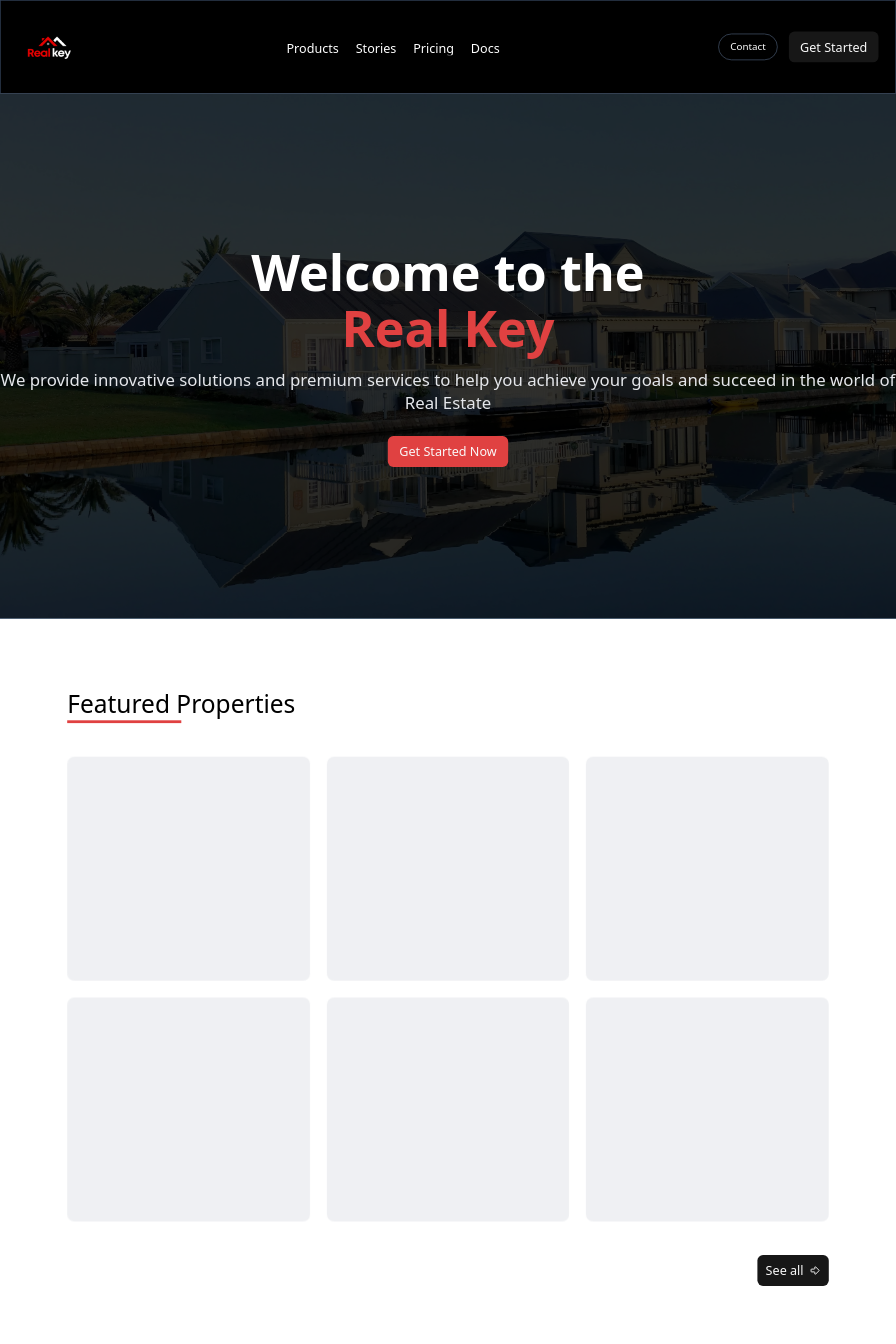
Repository: lamatmed/Real-Key
Page: /
These files come from the project's save history. The page is drawn as it stood at one moment and after the next save; the edit follows.
The browser window is 1280 px wide. The pictures show the part of the page from y = 0 to 1920 px (the page is 4931 px tall), at 70% of full size.
The page's requests for data from a server got no answer. The project was rebuilt for these pictures with package versions that can differ from the ones it lists, and the page was loaded fresh each time. Some packages were replaced by stand-ins written for this rebuild. The framework's server and built-in components were replaced by stand-ins that run in the browser. No one was signed in, and anything a server would have sent is missing. Also part of the build but not shown: next.config.ts, app/_components/PropertyCard.tsx.

Above is the page before, as saved 2025-09-28 14:35:41.

### app/layout.tsx
import type { Metadata } from "next";
import { Geist, Geist_Mono } from "next/font/google";
import './globals.css'
import { ClerkProvider } from "@clerk/nextjs";
import { ConvexClientProvider } from "./ConvexClientProvider";
import Navbar from "./_components/Navbar";
import ConnectUserToConvext from "./ConnectUserToConvext";
import Footer from "./_components/Footer";

const geistSans = Geist({
  variable: "--font-geist-sans",
  subsets: ["latin"],
});

const geistMono = Geist_Mono({
  variable: "--font-geist-mono",
  subsets: ["latin"],
});

export const metadata: Metadata = {
  title: "Real Key",
  description: "Full Real Estate website",
};

export default function RootLayout({
  children,
}: Readonly<{
  children: React.ReactNode;
}>) {
  return (
    <ConvexClientProvider>
     <ClerkProvider>
    <html lang="en">
      <body
        className={`${geistSans.variable} ${geistMono.variable} antialiased`}
      >

        <Navbar/>
       <ConnectUserToConvext/>
        {children}
        <Footer/>

      </body>
    </html>
    </ClerkProvider>
    </ConvexClientProvider>
  );
}

### app/page.tsx

import Hero from "./_components/Hero";
import FeaturedProperties from "./_components/FeaturedProperties";
import WhatWeDo from "./_components/WhatWeDo";
import ConnectingPeople from "./_components/ConnectingPeople";
import WhatClientWant from "./_components/WhatClientWant";

export default function Home() {
  return (
    <div className="">

      <Hero/>
      <FeaturedProperties/>
      <WhatWeDo/>
      <ConnectingPeople/>
      <WhatClientWant/>

    </div>
  )
}

### app/ConvexClientProvider.tsx
"use client";

import { ConvexProvider, ConvexReactClient } from "convex/react";
import { ReactNode } from "react";

// جلب العنوان من الـ environment variable
const address = process.env.NEXT_PUBLIC_CONVEX_URL;

// حماية إضافية لو المتغير مش موجود
if (!address) {
  throw new Error(
    "❌ NEXT_PUBLIC_CONVEX_URL is not defined. تأكد من إضافة المتغير داخل Vercel Environment Variables."
  );
}

// إنشاء عميل Convex
const convex = new ConvexReactClient(address);

export function ConvexClientProvider({ children }: { children: ReactNode }) {
  return <ConvexProvider client={convex}>{children}</ConvexProvider>;
}

### app/_components/Navbar.tsx
"use client"
import { Button } from '@/components/ui/button'
import { SignInButton, UserButton, useUser } from '@clerk/nextjs'
import Image from 'next/image'
import React from 'react'

function Navbar() {

    const {user} = useUser()



  return (
    <nav className="flex bg-black justify-between  items-center border mx-4 max-md:w-full max-md:justify-between border-slate-700 px-6 py-4 w-full !m-0 text-white text-lg">
    <a href="https://prebuiltui.com">
         <Image alt='logo' width={50} height={50} className="w-[100px] h-[100px] object-cover" src ="/logo.png"/>
    </a>
    <div className="hidden md:flex items-center  gap-6 ml-7">
        <a href="#" className="relative overflow-hidden h-6 group">
            <span className="block group-hover:-translate-y-full transition-transform duration-300">Products</span>
            <span
                className="block absolute top-full left-0 group-hover:translate-y-[-100%] transition-transform duration-300">Products</span>
        </a>
        <a href="#" className="relative overflow-hidden h-6 group">
            <span className="block group-hover:-translate-y-full transition-transform duration-300">Stories</span>
            <span
                className="block absolute top-full left-0 group-hover:translate-y-[-100%] transition-transform duration-300">Stories</span>
        </a>
        <a href="#" className="relative overflow-hidden h-6 group">
            <span className="block group-hover:-translate-y-full transition-transform duration-300">Pricing</span>
            <span
                className="block absolute top-full left-0 group-hover:translate-y-[-100%] transition-transform duration-300">Pricing</span>
        </a>
        <a href="#" className="relative overflow-hidden h-6 group">
            <span className="block group-hover:-translate-y-full transition-transform duration-300">Docs</span>
            <span
                className="block absolute top-full left-0 group-hover:translate-y-[-100%] transition-transform duration-300">Docs</span>
        </a>
    </div>

    <div className="hidden ml-14 md:flex items-center gap-4">
        <button
            className="border border-slate-600 hover:bg-slate-800 px-4 py-2 rounded-full text-sm font-medium transition">
            Contact
        </button>

        {!user ? (

            <SignInButton>
                <Button>Get Started</Button>
            </SignInButton>

        ):(
            <UserButton/>
        )}

    </div>
    <button id="menuToggle" className="md:hidden text-gray-600">
        <svg
  className="w-6 h-6"
  fill="none"
  stroke="currentColor"
  strokeWidth={2}
  viewBox="0 0 24 24"
  strokeLinecap="round"
  strokeLinejoin="round"
>
  <path d="M4 6h16M4 12h16M4 18h16" />
</svg>

    </button>
    <div id="mobileMenu" className="absolute hidden top-48 text-base left-0 bg-black w-full flex-col items-center gap-4">
        <a className="hover:text-indigo-600" href="#">
            Products
        </a>
        <a className="hover:text-indigo-600" href="#">
            Customer Stories
        </a>
        <a className="hover:text-indigo-600" href="#">
            Pricing
        </a>
        <a className="hover:text-indigo-600" href="#">
            Docs
        </a>
        <button
            className="border border-slate-600 hover:bg-slate-800 px-4 py-2 rounded-full text-sm font-medium transition">
            Contact
        </button>
        <button
            className="bg-white hover:shadow-[0px_0px_30px_14px] shadow-[0px_0px_30px_7px] hover:shadow-white/50 shadow-white/50 text-black px-4 py-2 rounded-full text-sm font-medium hover:bg-slate-100 transition duration-300">
            Get Started
        </button>
    </div>
</nav>

  )
}

export default Navbar

### app/ConnectUserToConvext.tsx
"use client"
import { api } from '@/convex/_generated/api'
import { useUser } from '@clerk/nextjs'
import { useMutation } from 'convex/react'
import React, { useEffect } from 'react'

function ConnectUserToConvext() {

    const {user} = useUser()

    const updateUser = useMutation(api.users.updateUser)
    useEffect(()=>{
        if(!user){
            return
        }
        const syncUser= async()=>{
            try {
               await updateUser({
                userId:user.id,
                name:`${user?.firstName ?? "" } ${user?.lastName ?? ""}`,
               email: user.emailAddresses[0]?.emailAddress ?? "",
               })
            } catch (error) {
                 console.error("Error syncing user:", error);
            }
        }
        syncUser()
    },[user,updateUser])

    return null


}

export default ConnectUserToConvext

### app/_components/Footer.tsx
import Image from "next/image";

 function Footer() {
    return (
        <footer className="px-6 md:px-16 lg:px-24 xl:px-32 pt-8 w-full text-gray-500 ">
            <div className="flex flex-col md:flex-row justify-between w-full gap-10 border-b border-gray-500/30 pb-6">
                <div className="md:max-w-96">
            <Image alt="image" src="/logoFooter.png" width={150} height={150}/>
                    <p className="mt-6 text-sm">
                        Lorem Ipsum is simply dummy text of the printing and typesetting industry.
                        Lorem Ipsum has been the industry's standard dummy text ever since the 1500s,
                        when an unknown printer took a galley of type and scrambled it to make a type specimen book.
                    </p>
                </div>
                <div className="flex-1 flex items-start md:justify-end gap-20">
                    <div>
                        <h1 className="font-semibold mb-5 text-gray-800">Company</h1>
                        <ul className="text-sm space-y-2">
                            <li><a href="#">Home</a></li>
                            <li><a href="#">About us</a></li>
                            <li><a href="#">Contact us</a></li>
                            <li><a href="#">Privacy policy</a></li>
                        </ul>
                    </div>
                    <div>
                        <h1 className="font-semibold mb-5 text-gray-800">Get in touch</h1>
                        <div className="text-sm space-y-2">
                            <p>+1-212-456-7890</p>
                            <p>contact@example.com</p>
                        </div>
                    </div>
                </div>
            </div>
            <p className="pt-4 text-center text-xs md:text-sm pb-5">
                Copyright 2024 © <a href="https://prebuiltui.com">PrebuiltUI</a>. All Right Reserved.
            </p>
        </footer>
    );
};
export default Footer

### app/_components/Hero.tsx
import { Button } from '@/components/ui/button'
import Image from 'next/image'
import React from 'react'

function Hero() {
  return (
    <div className='relative overflow-hidden h-[750px] w-full'>

        <Image alt='hero' fill className='w-full   h-[750px] object-cover ' src="/hero.jpg"/>

      <div className='absolute inset-0 bg-black/80 '></div>

      <div className='absolute inset-0 flex items-center justify-center'>

      <div className='text-center'>
        <h1 className='text-5xl md:text-7xl font-bold mb-6 text-white '>   Welcome to the

        <span className='block text-[#e04141] mt-2'>Real Key</span>
        </h1>

         {/* Description */}

         <p className='text-xl md:text-2xl mb-8 text-gray-200'>
          We provide innovative solutions and premium services to help you achieve your goals and succeed in the world of Real Estate
         </p>

         <Button className='bg-[#e04141]'> Get Started Now</Button>
      </div>

      </div>

    </div>
  )
}

export default Hero

### app/_components/FeaturedProperties.tsx
"use client"
import { Button } from '@/components/ui/button'
import { api } from '@/convex/_generated/api'
import {  useQuery } from 'convex/react'
import React from 'react'
import PropertyCard from './PropertyCard'
import { ArrowBigRight } from 'lucide-react'
import Link from 'next/link'

function FeaturedProperties() {

    const featuredProperties  = useQuery(api.properties.getFeaturedProperties)


    return (
    <div className=' p-24  mb-8 space-y-12'>
      <h2>Featured Properties</h2>


      {featuredProperties === undefined ? (
        <div className='grid grid-cols-1 md:grid-cols-2 lg:grid-cols-3 gap-6'>

          {[...Array(6)].map((_, i)=> (
             <div key={i} className="bg-gray-200 animate-pulse rounded-lg h-80"></div>
          ))}
        </div>
      ):featuredProperties.length === 0 ? (
        <div className='text-center py-12'>
           <h3 className="text-xl font-semibold text-gray-600 mb-4">
              No featured properties yet
           </h3>

           <Button>Add your Property</Button>
        </div>
      ): (
        <div className='grid grid-cols-1 md:grid-cols-2 lg:grid-cols-4 gap-6'>

          {featuredProperties?.map((property)=> (
            <PropertyCard key={property._id} property={property}/>
          ))}
        </div>
      )}

     <div className='flex items-center h- justify-end'>
     <Link href="/properties">
      <Button>See all <ArrowBigRight/></Button>
      </Link>
      </div>


        {/* Stats Section */}


        <div className='grid grid-cols-1 md:grid-cols-4 gap-8 py-12'>

         <div className='flex flex-col items-center justify-center shadow-lg h-[250px] bg-[#f9e0e0]'>
          <h3 className='text-4xl font-bold text-[#e04141]'>500+</h3>
         <p className="text-gray-600">Properties Listed</p>

         </div>


         <div className='flex flex-col items-center justify-center shadow-lg h-[250px] bg-green-100'>
          <h3 className='text-4xl font-bold text-green-700'>200+</h3>
         <p className="text-gray-600">Happy Clients</p>

         </div>


           <div className='flex flex-col items-center justify-center shadow-lg h-[250px] bg-amber-100'>
          <h3 className='text-4xl font-bold text-amber-500'>100+</h3>
         <p className="text-gray-600">Agents</p>

         </div>



         <div className='flex flex-col items-center justify-center shadow-lg h-[250px] bg-blue-100'>
          <h3 className='text-4xl font-bold text-blue-700'>50+</h3>
         <p className="text-gray-600">Cities Covered</p>

         </div>


        </div>


    </div>
  )
}

export default FeaturedProperties

### app/_components/ConnectingPeople.tsx
import { Button } from '@/components/ui/button'
import Image from 'next/image'
import React from 'react'

function ConnectingPeople() {
  return (
    <div className='p-24 items-center grid grid-cols-1 lg:grid-cols-2 gap-8'>

        <Image  className='rounded-3xl w-full h-[450px] object-cover' width={800} height={800} alt='image' src="/house.jpg"/>

        <div>
   <h1 className='text-[35px] text-[#e04141]'>Connecting people with perfect homes is our passion.</h1>
   <p className='text-gray-600 mt-3'>With a genuine passion for helping people find their dream homes, we are dedicated to connecting buyers and sellers in the real estate market. Trust us to make your home buying or selling experience seamless and satisfying.</p>

   <Button className='mt-5'>Read More</Button>

        </div>
    </div>
  )
}

export default ConnectingPeople

### app/_components/WhatClientWant.tsx
import { Button } from '@/components/ui/button'
import { Building, Fence, House } from 'lucide-react'
import Image from 'next/image'
import Link from 'next/link'
import React from 'react'

function WhatClientWant() {
  return (
   <div className='relative h-[1750px]  lg:h-[750px] w-full'>

        <Image alt='hero' fill className='w-full   h-[750px] object-cover ' src="/whatClientWant.jpg"/>


      <div className='absolute inset-0 bg-black/70  z-10'></div>


    <div className='absolute inset-0 z-20 flex flex-col justify-center'>
    <div className='flex items-center justify-center mt-32'>


     <h1 className='text-[45px] font-bold mb-6 text-white '>
  What Are You Looking For
          </h1>
           </div>
      <div className=' grid grid-cols-1 lg:grid-cols-3 text-white gap-6 text-center p-24'>

      <div className='p-4 flex flex-col items-center h-[400px]   justify-center  bg-black/70 '>
        <House className="w-[55px] h-[55px] md:w-[85px] md:h-[85px]"/>
        <h3 className='my-3 text-[25px]'>Houses</h3>
        <p>Explore beautiful family homes in prestigious neighborhoods, featuring spacious layouts, private gardens, and elegant designs. From charming townhouses to grand estates, each property offers privacy, comfort, and the perfect environment for your family to grow and thrive.</p>


 <Link href="/properties?type=house">

        <Button className='bg-[#e04141] mt-5'>See All Houses</Button>
    </Link>

      </div>


           <div className='p-4 flex flex-col items-center  justify-center bg-black/70 '>
        <Building className="w-[55px] h-[55px] md:w-[85px] md:h-[85px]"/>
        <h3 className='my-3  text-[25px]'>Apartments</h3>
        <p>Discover luxury apartments in prime locations with stunning city views and modern amenities. From cozy studios to spacious penthouses, find your perfect home with top-tier facilities including gyms, pools, and 24/7 security. Experience comfort and convenience in every detail.
</p>

 <Link href="/properties?type=apartment">

 <Button className='bg-[#e04141] mt-5'>See All Apartments</Button>
</Link>
      </div>


         <div className='p-4 flex flex-col items-center  justify-center bg-black/70 '>
        <Fence className="w-[55px] h-[55px] md:w-[85px] md:h-[85px]"/>
        <h3 className='my-3  text-[25px]'>Town House</h3>
        <p>Experience the perfect blend of privacy and community in our elegant townhouses. These multi-level homes offer spacious living areas, private gardens, and modern architectural designs. Featuring 2-4 bedrooms, contemporary kitchens, and dedicated parking spaces, each townhouse provides the comfort of a house with the convenience of shared amenities.
.</p>
<Link href="/properties?type=townhouse">
 <Button  className='bg-[#e04141] mt-5'>See All Town Houses</Button>
</Link>
      </div>
      </div>

      </div>

    </div>
  )
}

export default WhatClientWant

### components/ui/button.tsx
import * as React from "react"
import { Slot } from "@radix-ui/react-slot"
import { cva, type VariantProps } from "class-variance-authority"

import { cn } from "@/lib/utils"

const buttonVariants = cva(
  "inline-flex items-center justify-center gap-2 whitespace-nowrap rounded-md text-lg font-medium transition-all disabled:pointer-events-none disabled:opacity-50 [&_svg]:pointer-events-none [&_svg:not([class*='size-'])]:size-4 shrink-0 [&_svg]:shrink-0 outline-none focus-visible:border-ring focus-visible:ring-ring/50 focus-visible:ring-[3px] aria-invalid:ring-destructive/20 dark:aria-invalid:ring-destructive/40 aria-invalid:border-destructive",
  {
    variants: {
      variant: {
        default: "bg-primary text-primary-foreground hover:bg-primary/90 cursor-pointer",
        destructive:
          "bg-destructive text-white hover:bg-destructive/90 focus-visible:ring-destructive/20 dark:focus-visible:ring-destructive/40 dark:bg-destructive/60",
        outline:
          "border bg-background shadow-xs hover:bg-accent hover:text-accent-foreground dark:bg-input/30 dark:border-input dark:hover:bg-input/50",
        secondary:
          "bg-secondary text-secondary-foreground hover:bg-secondary/80",
        ghost:
          "hover:bg-accent hover:text-accent-foreground dark:hover:bg-accent/50",
        link: "text-primary underline-offset-4 hover:underline",
      },
      size: {
        default: " px-4 py-2 has-[>svg]:px-3",
        sm: "h-8 rounded-md gap-1.5 px-3 has-[>svg]:px-2.5",
        lg: "h-10 rounded-md px-6 has-[>svg]:px-4",
        icon: "size-9",
      },
    },
    defaultVariants: {
      variant: "default",
      size: "default",
    },
  }
)

function Button({
  className,
  variant,
  size,
  asChild = false,
  ...props
}: React.ComponentProps<"button"> &
  VariantProps<typeof buttonVariants> & {
    asChild?: boolean
  }) {
  const Comp = asChild ? Slot : "button"

  return (
    <Comp
      data-slot="button"
      className={cn(buttonVariants({ variant, size, className }))}
      {...props}
    />
  )
}

export { Button, buttonVariants }

Loaded but not shown: convex/_generated/api.js (common file); lib/utils.ts (common file); app/globals.css (140 lines, source omitted); app/_components/WhatWeDo.tsx (95 lines, source omitted)

After the next save:
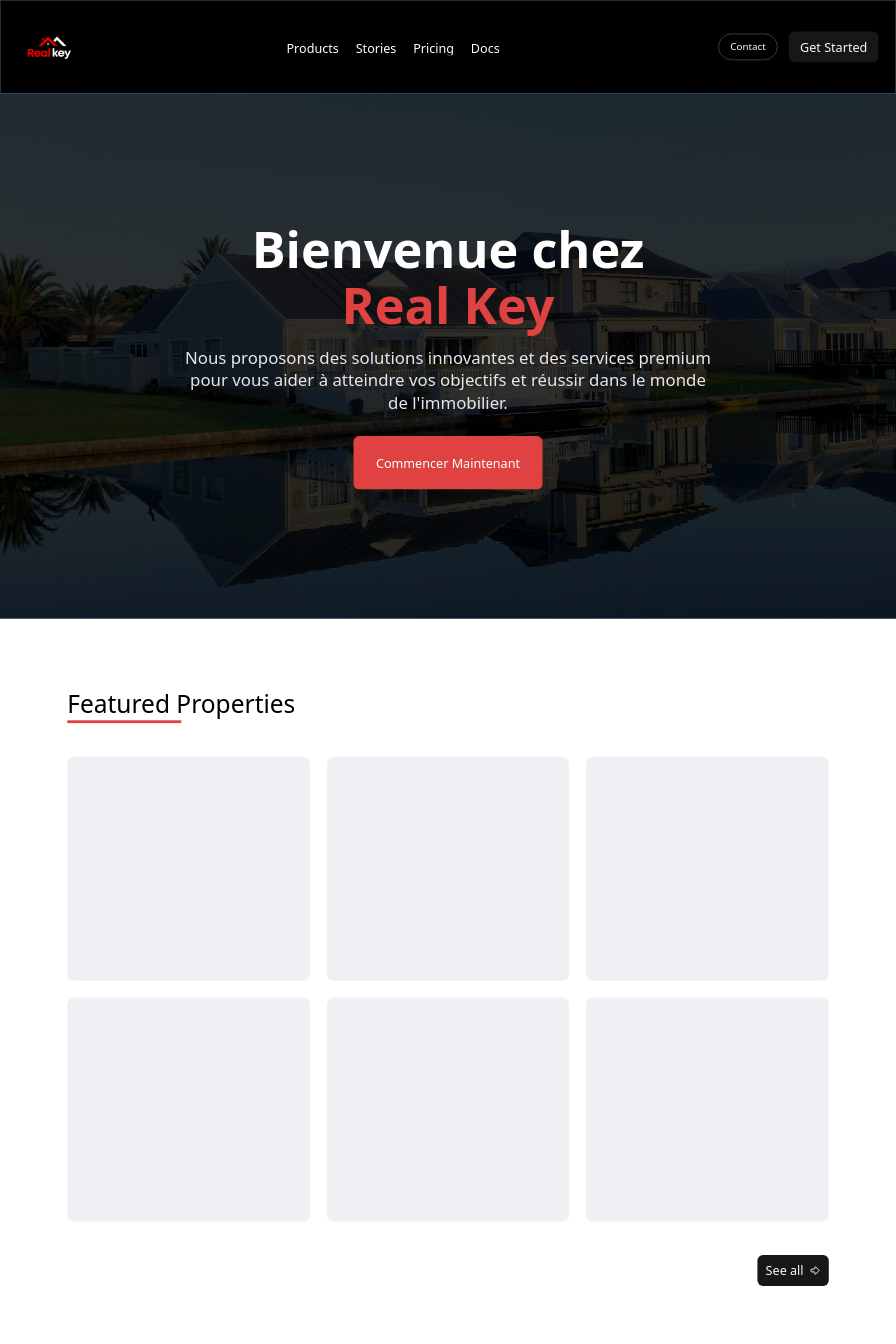
Saved 94 s later.
--- a/app/_components/Hero.tsx
+++ b/app/_components/Hero.tsx
@@ -6,25 +6,33 @@ function Hero() {
   return (
     <div className='relative overflow-hidden h-[750px] w-full'>
 
-        <Image alt='hero' fill className='w-full   h-[750px] object-cover ' src="/hero.jpg"/>
+        <Image
+          alt='Bannière principale'
+          fill
+          className='w-full h-[750px] object-cover'
+          src="/hero.jpg"
+          priority
+        />
 
-      <div className='absolute inset-0 bg-black/80 '></div>
+      <div className='absolute inset-0 bg-black/80'></div>
 
       <div className='absolute inset-0 flex items-center justify-center'>
 
-      <div className='text-center'>
-        <h1 className='text-5xl md:text-7xl font-bold mb-6 text-white '>   Welcome to the
-
-        <span className='block text-[#e04141] mt-2'>Real Key</span>
+      <div className='text-center px-4 max-w-4xl'>
+        <h1 className='text-4xl sm:text-5xl md:text-7xl font-bold mb-6 text-white'>
+          Bienvenue chez
+          <span className='block text-[#e04141] mt-2'>Real Key</span>
         </h1>
 
          {/* Description */}
 
-         <p className='text-xl md:text-2xl mb-8 text-gray-200'>
-          We provide innovative solutions and premium services to help you achieve your goals and succeed in the world of Real Estate
+         <p className='text-lg md:text-xl lg:text-2xl mb-8 text-gray-200 max-w-3xl mx-auto'>
+          Nous proposons des solutions innovantes et des services premium pour vous aider à atteindre vos objectifs et réussir dans le monde de l'immobilier.
          </p>
 
-         <Button className='bg-[#e04141]'> Get Started Now</Button>
+         <Button className='bg-[#e04141] hover:bg-[#c03939] text-white px-8 py-6 text-lg'>
+          Commencer Maintenant
+         </Button>
       </div>
 
       </div>
